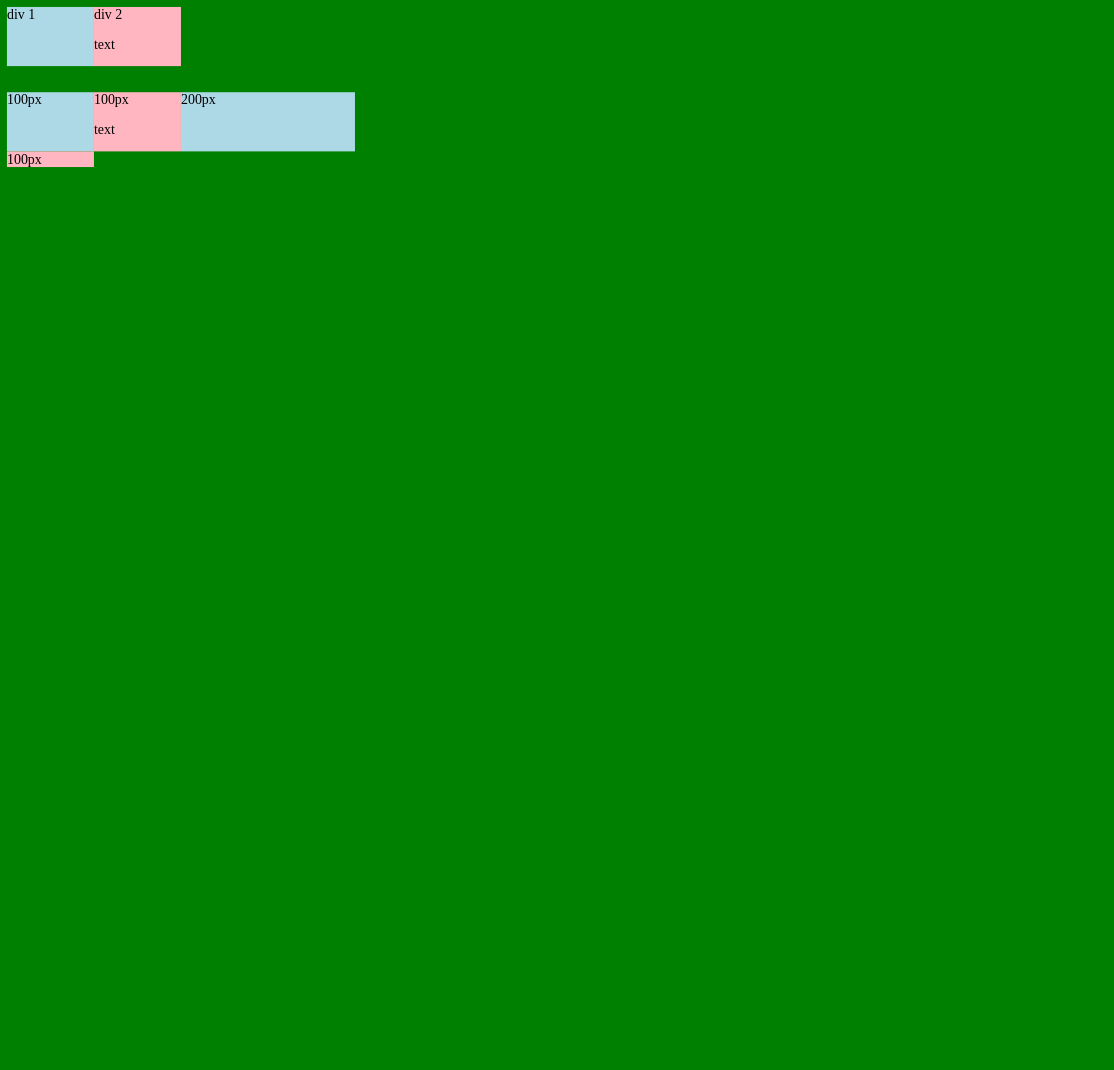
Repository: knowledgeAlan/html-css-eleven
Page: grid.html
The author's editor kept a copy of each file at every save. The page is drawn from the files as they stood at one save, then again after the next save.
The browser window is 1280 px wide. The pictures show the whole page, at 87% of full size.

Above is the page before, as saved 2024-03-08 18:39:35.

### grid.html
<!DOCTYPE html>
<html>

    <head>
        <title>Grid Practice</title>
    </head>


    <body style="padding-bottom: 1000px;background-color: green;">
        <div style="display: grid; grid-template-columns: 100px 100px;">
                <div style="background-color: lightblue;"> div 1</div>
                <div style="background-color: lightpink;">div 2<p>text</p></div>
        </div>

        <div style="
        margin-top: 30px;
        display: grid;
        grid-template-columns: 100px 100px 200px;
        ">

        <div style="background-color: lightblue;">100px</div>
        <div style="background-color: lightpink;">100px<p>text</p></div>
        <div style="background-color: lightblue;">200px</div>
        <div style="background-color: lightpink;">100px</div>

        </div>


        <div style="
         margin-top: 30px;
         display: grid;
         grid-template-columns: 100px 1fr 2fr;
        ">



        </div>

    </body>
</html>

After the next save:
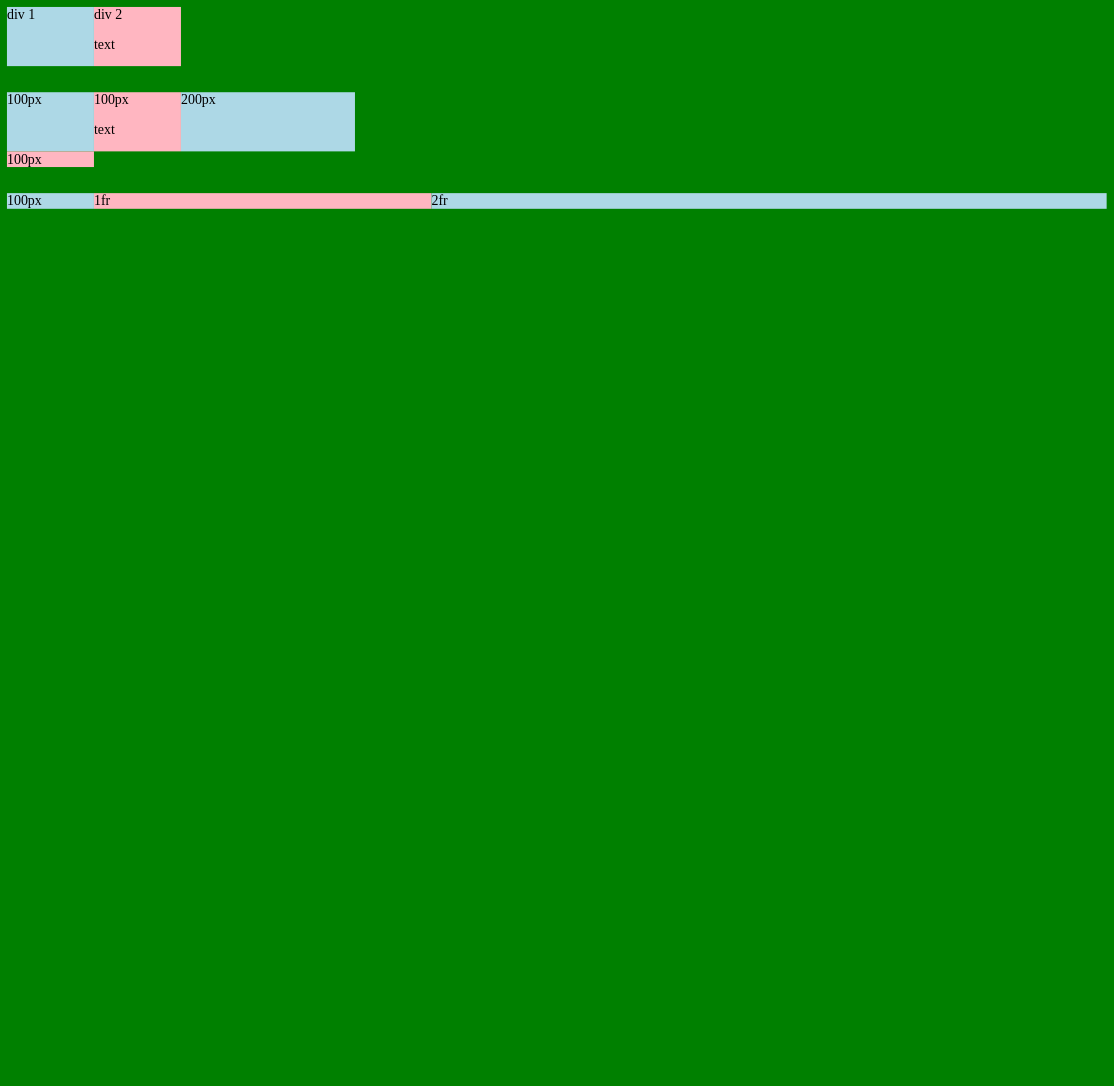
Saved 52 s later.
--- a/grid.html
+++ b/grid.html
@@ -32,7 +32,9 @@
          grid-template-columns: 100px 1fr 2fr;
         ">
 
-
+            <div style="background-color: lightblue;">100px</div>
+            <div style="background-color: lightpink;">1fr</div>
+            <div style="background-color: lightblue;">2fr</div>
 
         </div>
 
